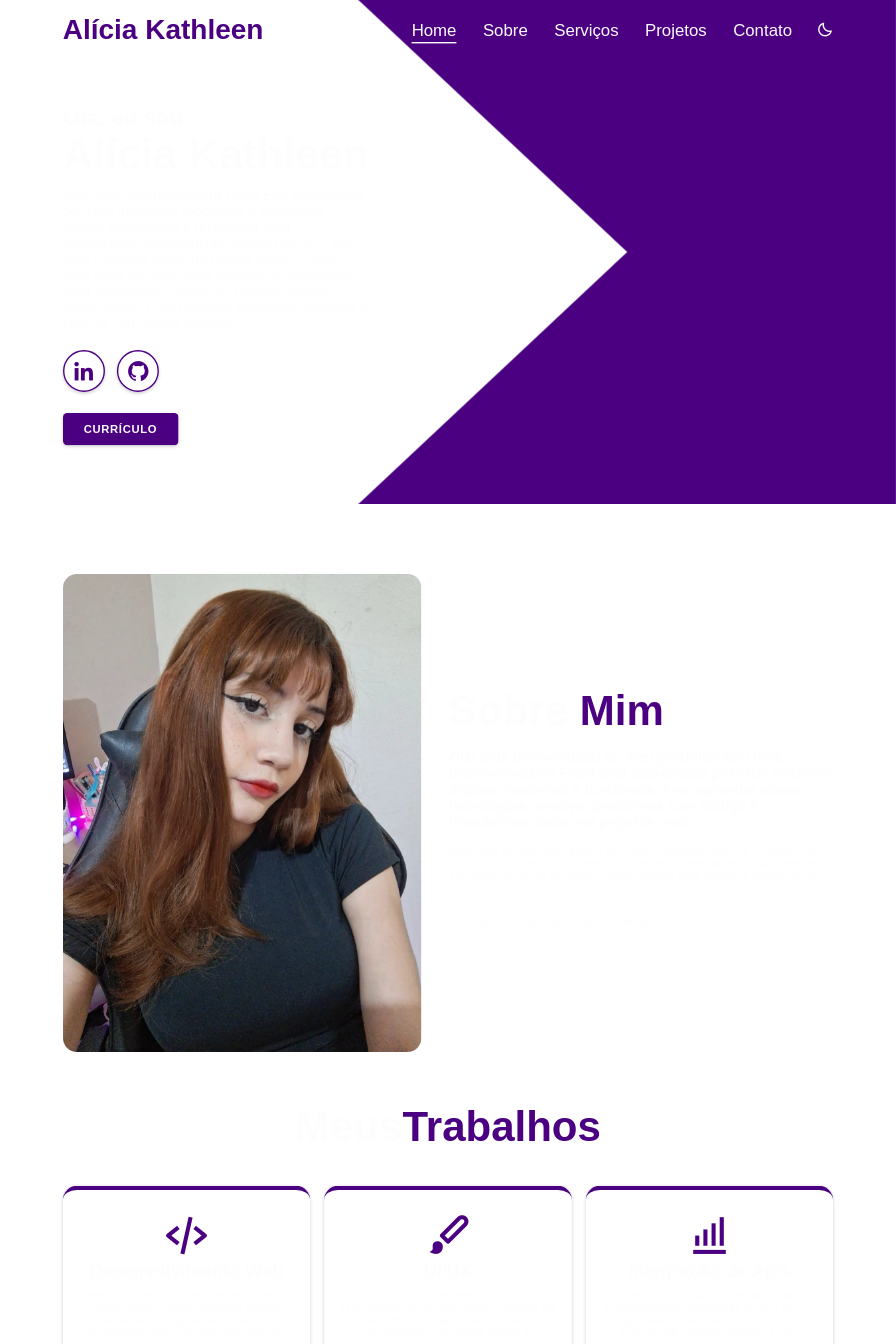
Repository: AliciaKathleen/portfolio-2025
Page: index.html
An editor plug-in stored every save of this project. The page is shown before and after a run of saves, followed by the edit.
The browser window is 1280 px wide. The pictures show the part of the page from y = 0 to 1920 px (the page is 3946 px tall), at 70% of full size.

Above is the page before, as saved 2025-01-27 16:48:34.
Console error: TypeError: Cannot read properties of null (reading 'classList')

After the next 2 saves:
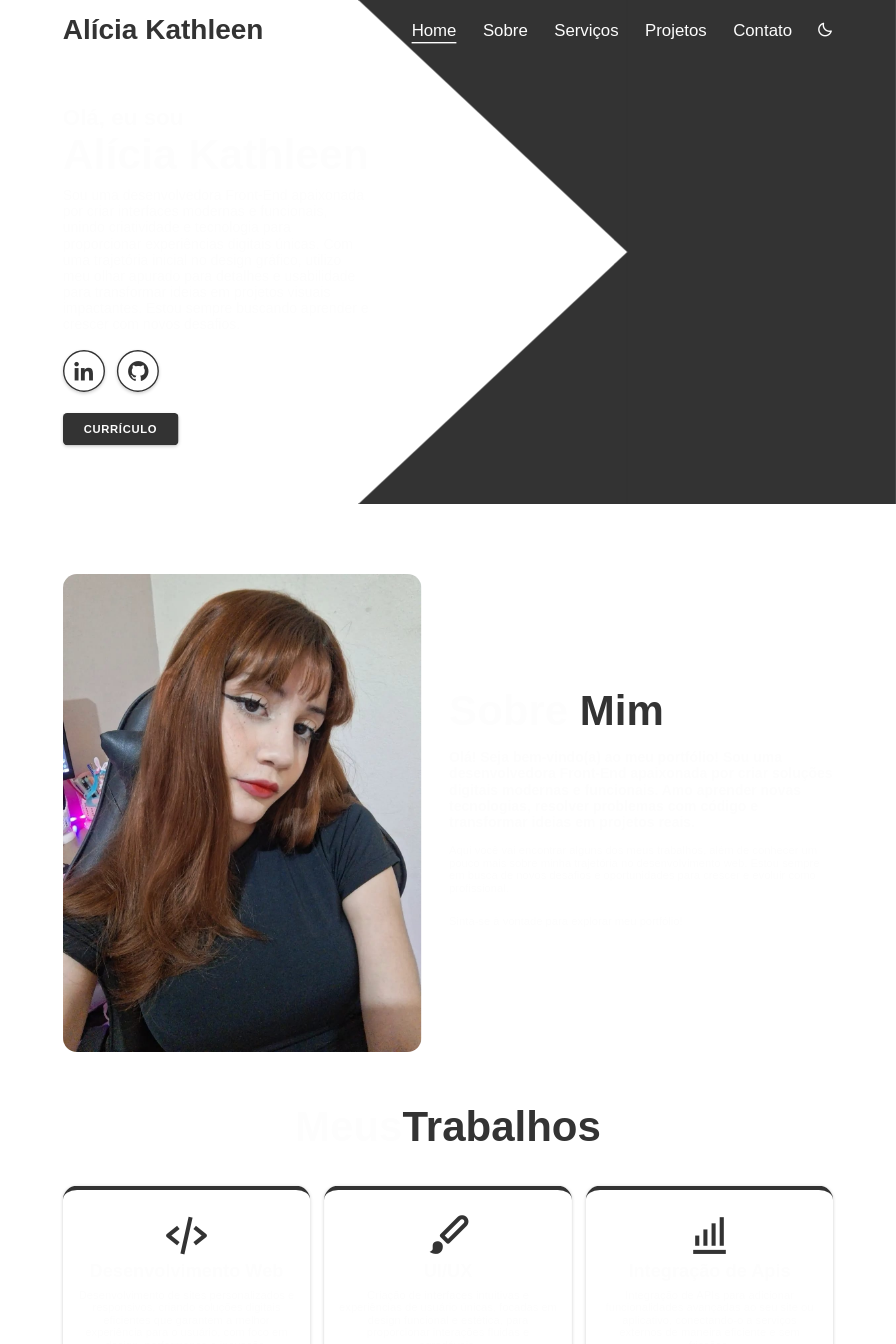
The 2 saves are shown as one change because they came seconds apart.
The last was saved 17 s later.
--- a/style.css
+++ b/style.css
@@ -12,7 +12,7 @@
 :root {
     --bg-color: E0E0E0;
     --text-color: #fdfdfd;
-    --main-color: #4B0082;
+    --main-color: #333333;
     --white-color: #fdfdfd;
     --shadow-color: rgba(0, 0, 0, .2);
 }
